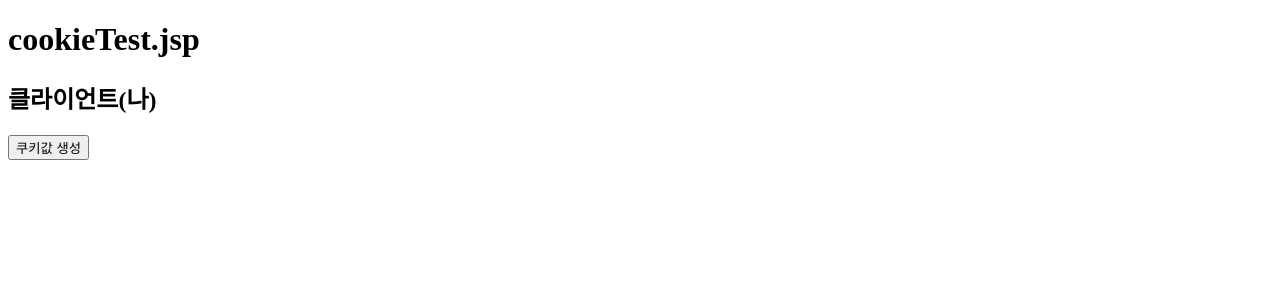
Repository: HeeYoung9/young9
Page: http://localhost/JSP7/jsp/cookieTest.jsp
An editor plug-in stored every save of this project. The page is shown before and after the next save, followed by the edit.
The browser window is 1280 px wide. The pictures show the whole page.
The page is served by Tomcat 9.

Above is the page before, as saved 2023-08-24 07:22:11.

After the next save:
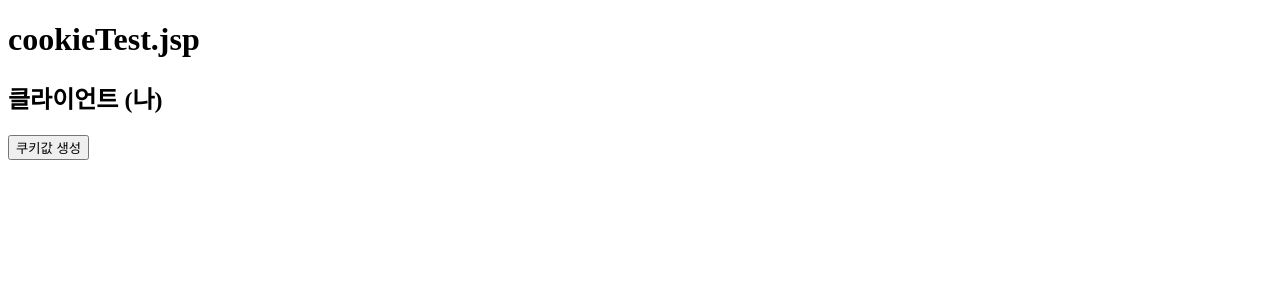
Saved 57 s later.
--- a/JSP7/src/main/webapp/jsp/cookieTest.jsp
+++ b/JSP7/src/main/webapp/jsp/cookieTest.jsp
@@ -9,7 +9,7 @@
 <body>
 
 <h1>cookieTest.jsp</h1>
-<h2>클라이언트(나)</h2>
+<h2> 클라이언트 (나) </h2>
 <input type="button" value="쿠키값 생성" onclick="location.href='cookieSet.jsp'">
 
 
